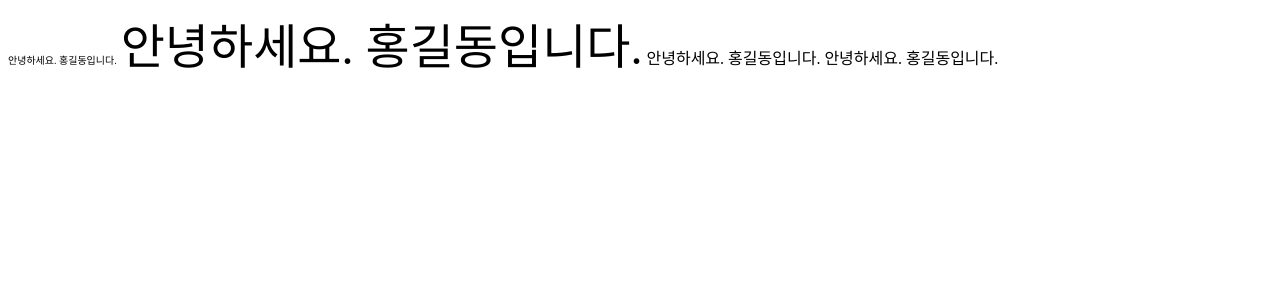
Repository: sungken/htmlProject
Page: ClientTest/src/main/webapp/html/ex07_font.html
An editor plug-in stored every save of this project. The page is shown before and after the next save, followed by the edit.
The browser window is 1280 px wide. The pictures show the whole page.

Above is the page before, as saved 2024-03-13 00:09:22.

### ClientTest/src/main/webapp/html/ex07_font.html
<!DOCTYPE html>
<html>
<head>
<meta charset="UTF-8">
<title>Insert title here</title>
</head>
<body>
<!-- ex07_font.html -->
<!--

	<font> 태그
	- 텍스트의 크기와 색상을 지정하는 태그
	- 서식 태그 (역할X, 데이터의 의미 지정X, 시각적 효과 존대)> CSS 대체

	font.color
	- 전경색


 -->

 <font size="1">안녕하세요. 홍길동입니다.</font>
 <font size="7">안녕하세요. 홍길동입니다.</font>
 <font>안녕하세요. 홍길동입니다.</font>
 <font>안녕하세요. 홍길동입니다.</font>


</body>
</html>

After the next save:
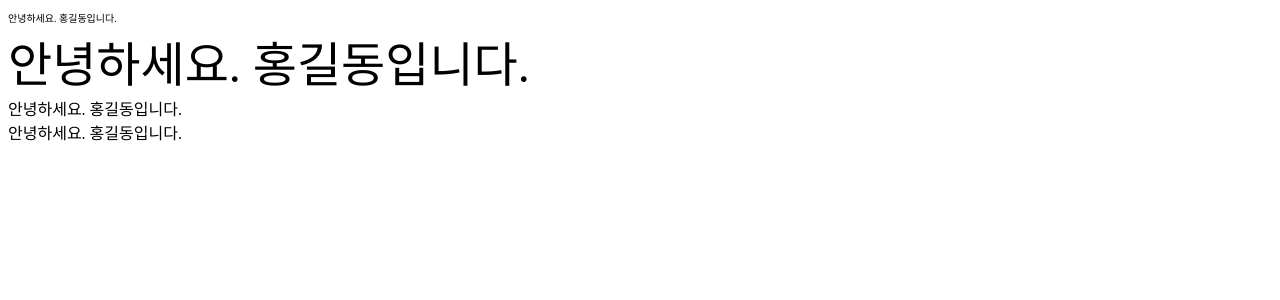
Saved 21 s later.
--- a/ClientTest/src/main/webapp/html/ex07_font.html
+++ b/ClientTest/src/main/webapp/html/ex07_font.html
@@ -18,10 +18,10 @@
 
  -->
 
- <font size="1">안녕하세요. 홍길동입니다.</font>
- <font size="7">안녕하세요. 홍길동입니다.</font>
- <font>안녕하세요. 홍길동입니다.</font>
- <font>안녕하세요. 홍길동입니다.</font>
+ <font size="1">안녕하세요. 홍길동입니다.<br></font>
+ <font size="7">안녕하세요. 홍길동입니다.<br></font>
+ <font>안녕하세요. 홍길동입니다.<br></font>
+ <font>안녕하세요. 홍길동입니다.<br></font>
 
 
 </body>
